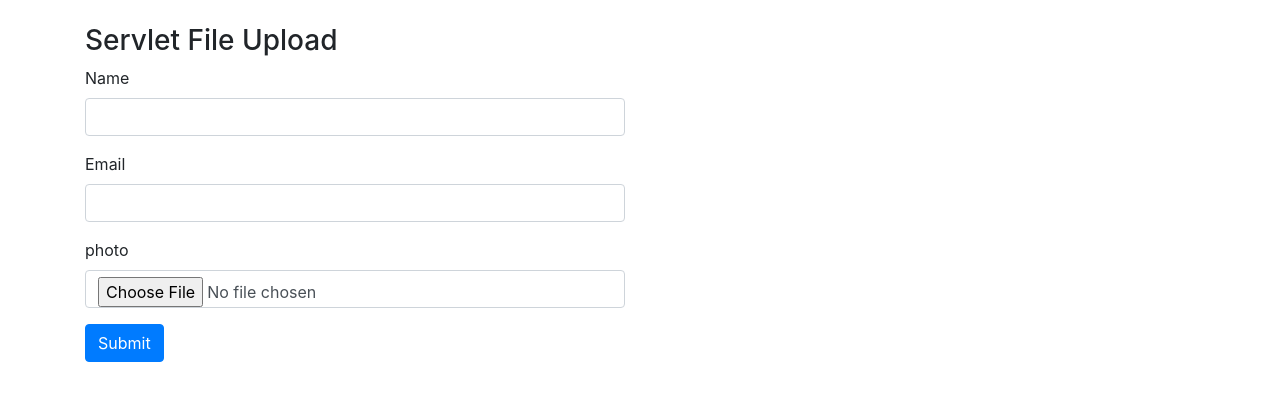
Repository: hnineiphyu-128/JavaEE_Exeercise_Lession
Page: http://localhost/07-Servlet-FileUpload/
The author's editor kept a copy of each file at every save. The page is drawn from the files as they stood at one save, then again after the next save.
The browser window is 1280 px wide. The pictures show the whole page.
The page is served by Tomcat 9.

Above is the page before, as saved 2020-12-21 10:00:27.

After the next save:
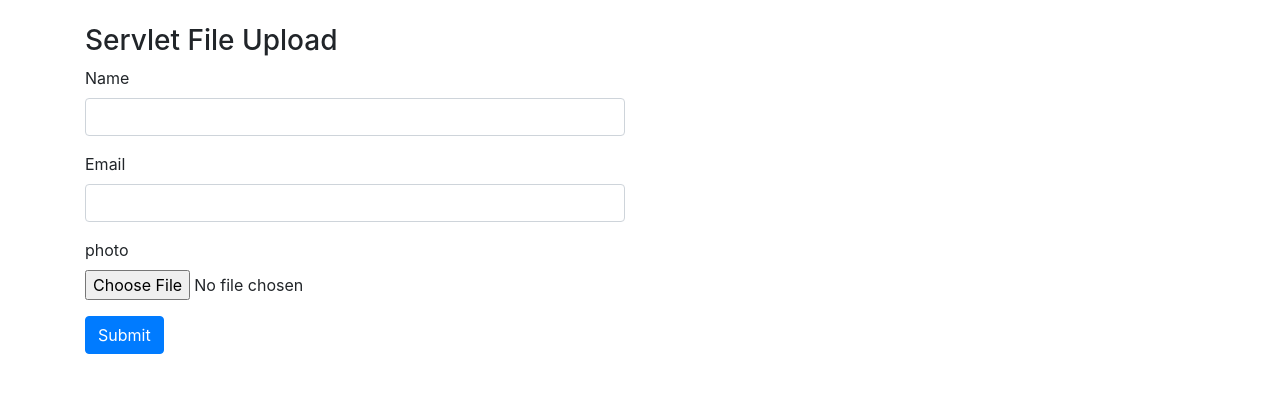
Saved 8 s later.
--- a/07-Servlet-FileUpload/src/main/webapp/index.jsp
+++ b/07-Servlet-FileUpload/src/main/webapp/index.jsp
@@ -33,7 +33,7 @@
 				</div>
 				<div class="mb-3">
 					<label for="photo" class="form-label">photo</label>
-					<input type="file" class="form-control" id="photo" name="photo" required="required">
+					<input type="file" class="form-control-file" id="photo" name="photo" required="required">
 				</div>
 				<button type="submit" class="btn btn-primary">Submit</button>
 			</form>
